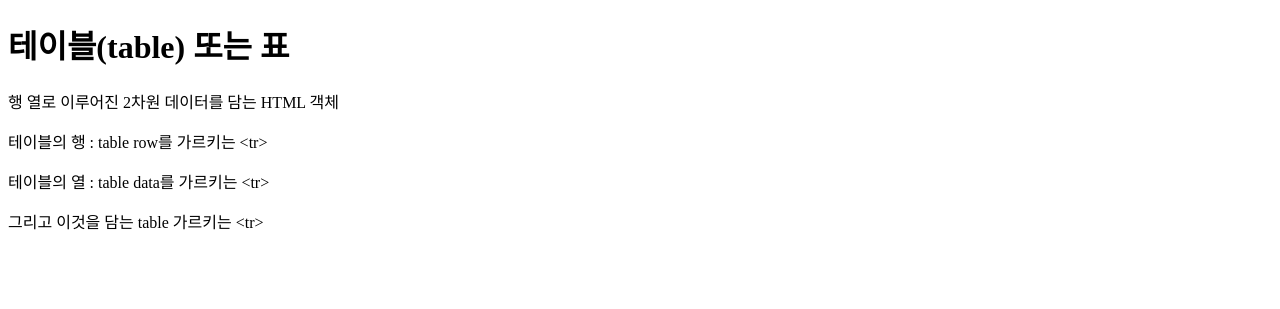
Repository: kmh9964/view
Page: workspace/studyhtml5/src/main/webapp/docs/first.html
These files come from the project's save history. The page is drawn as it stood at one moment and after the next save; the edit follows.
The browser window is 1280 px wide. The pictures show the whole page.

Above is the page before, as saved 2022-12-15 05:40:27.

After the next save:
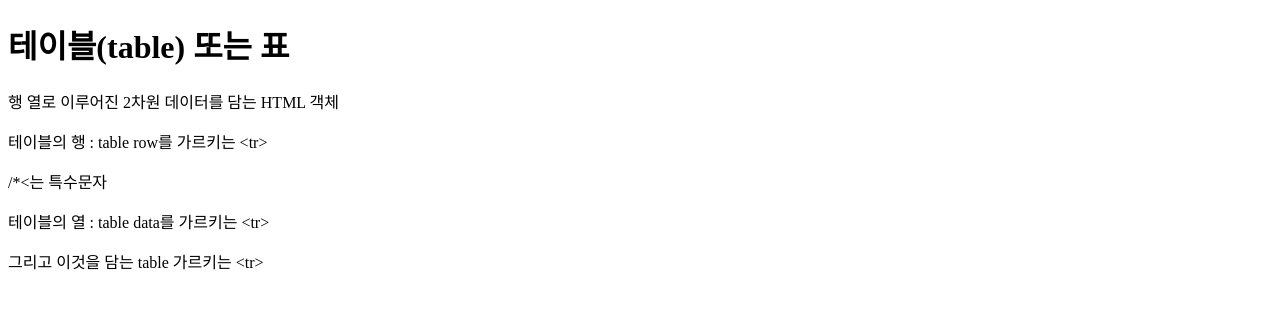
Saved 39 s later.
--- a/workspace/studyhtml5/src/main/webapp/docs/first.html
+++ b/workspace/studyhtml5/src/main/webapp/docs/first.html
@@ -7,7 +7,7 @@
 <body>
 	<h1>테이블(table) 또는 표</h1>
 	<p>행 열로 이루어진 2차원 데이터를 담는 HTML 객체<p>
-	<p>테이블의 행 : table row를 가르키는 &lt;tr&gt;</p>
+	<p>테이블의 행 : table row를 가르키는 &lt;tr&gt;</p>/*&lt는 특수문자
 	<p>테이블의 열 : table data를 가르키는 &lt;tr&gt;</p>
 	<p>그리고 이것을 담는 table 가르키는 &lt;tr&gt;
 
